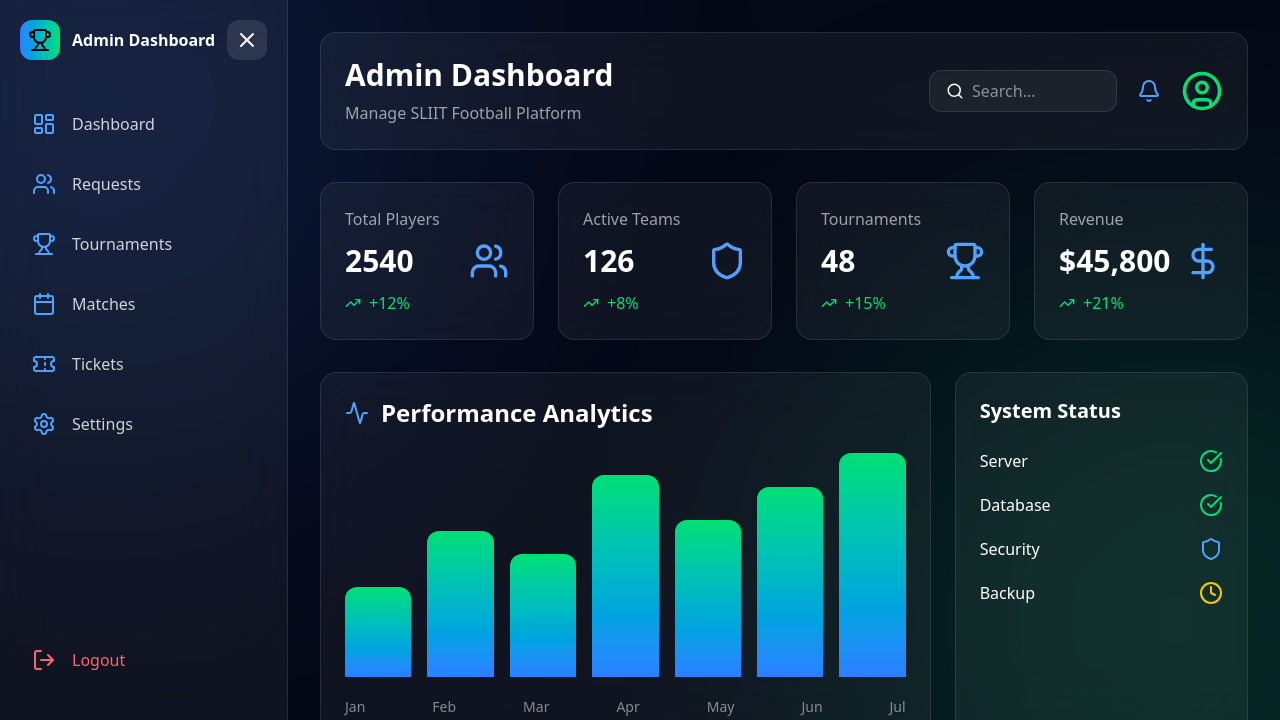
Repository: azeez6789/springboot-footbal-web
Page: / (app in client/)
The author's editor kept a copy of each file at every save. The page is drawn from the files as they stood at one save, then again after the next save.
The browser window is 1280 px wide. The pictures show the whole page.
An inner scrolling area shows only its first screen. The project was rebuilt for these pictures with package versions that can differ from the ones it lists, and the page was loaded fresh each time. Also part of the build but not shown: client/vite.config.js, client/src/common/services/userService.js, client/src/common/pages/home.jsx, client/src/common/component/login.jsx, client/src/common/component/register.jsx, client/src/common/component/About.jsx, client/src/common/pages/tournament.jsx, client/src/common/pages/event.jsx and 2 more.

Above is the page before, as saved 2026-07-17 20:26:27.

After the next save:
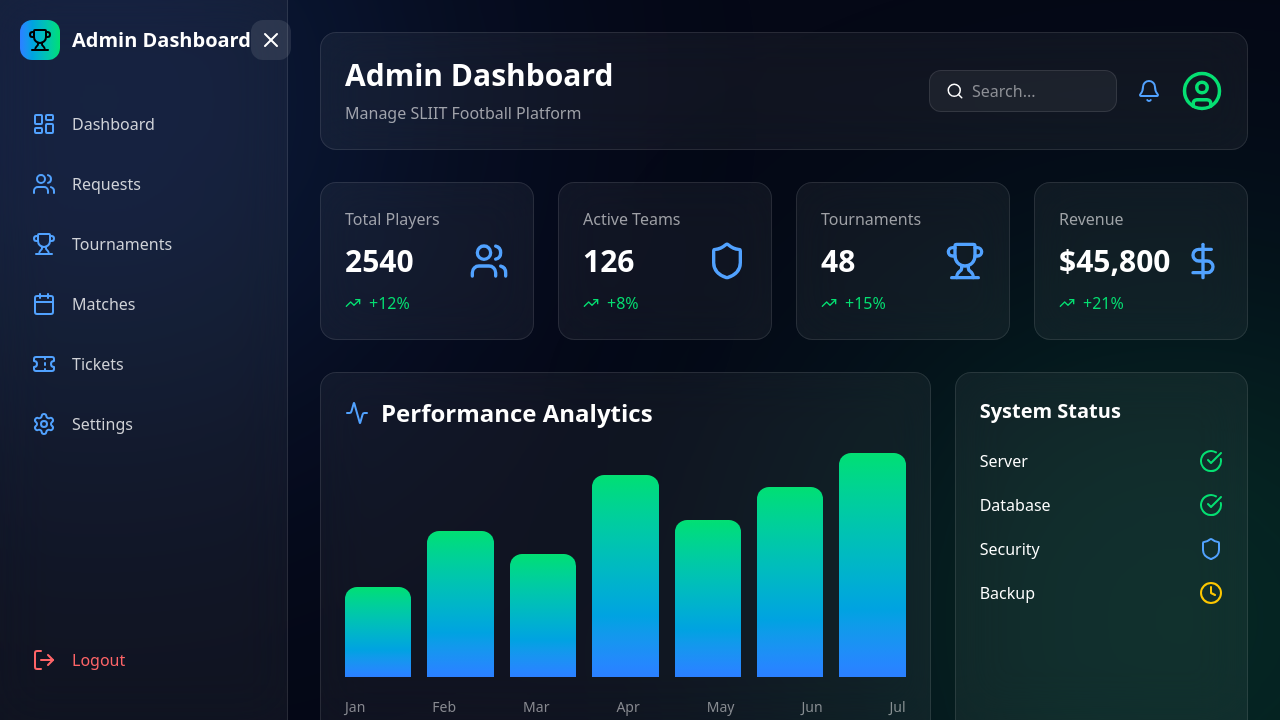
Saved 10 s later.
--- a/client/src/function-01/pages/AdminDashboard.jsx
+++ b/client/src/function-01/pages/AdminDashboard.jsx
@@ -73,7 +73,7 @@
                 <div className="p-2 rounded-xl bg-gradient-to-r from-blue-500 to-green-400">
                   <Trophy className="text-black" />
                 </div>
-                <h1 className="text-M font-bold whitespace-nowrap">Admin Dashboard</h1>
+                <h1 className="text-xl font-bold whitespace-nowrap">Admin Dashboard</h1>
               </div>
             )}
             <button

After the save that followed:
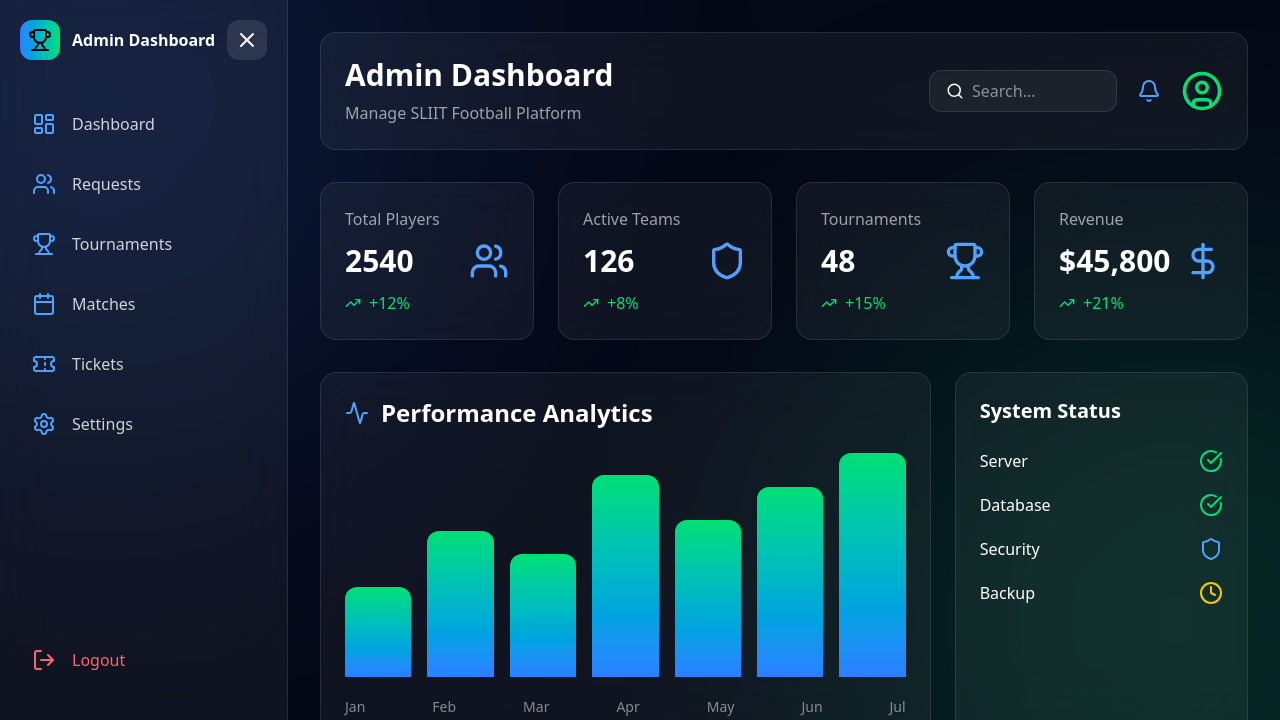
Saved 10 s later.
--- a/client/src/function-01/pages/AdminDashboard.jsx
+++ b/client/src/function-01/pages/AdminDashboard.jsx
@@ -73,7 +73,7 @@
                 <div className="p-2 rounded-xl bg-gradient-to-r from-blue-500 to-green-400">
                   <Trophy className="text-black" />
                 </div>
-                <h1 className="text-xl font-bold whitespace-nowrap">Admin Dashboard</h1>
+                <h1 className="text-l font-bold whitespace-nowrap">Admin Dashboard</h1>
               </div>
             )}
             <button
